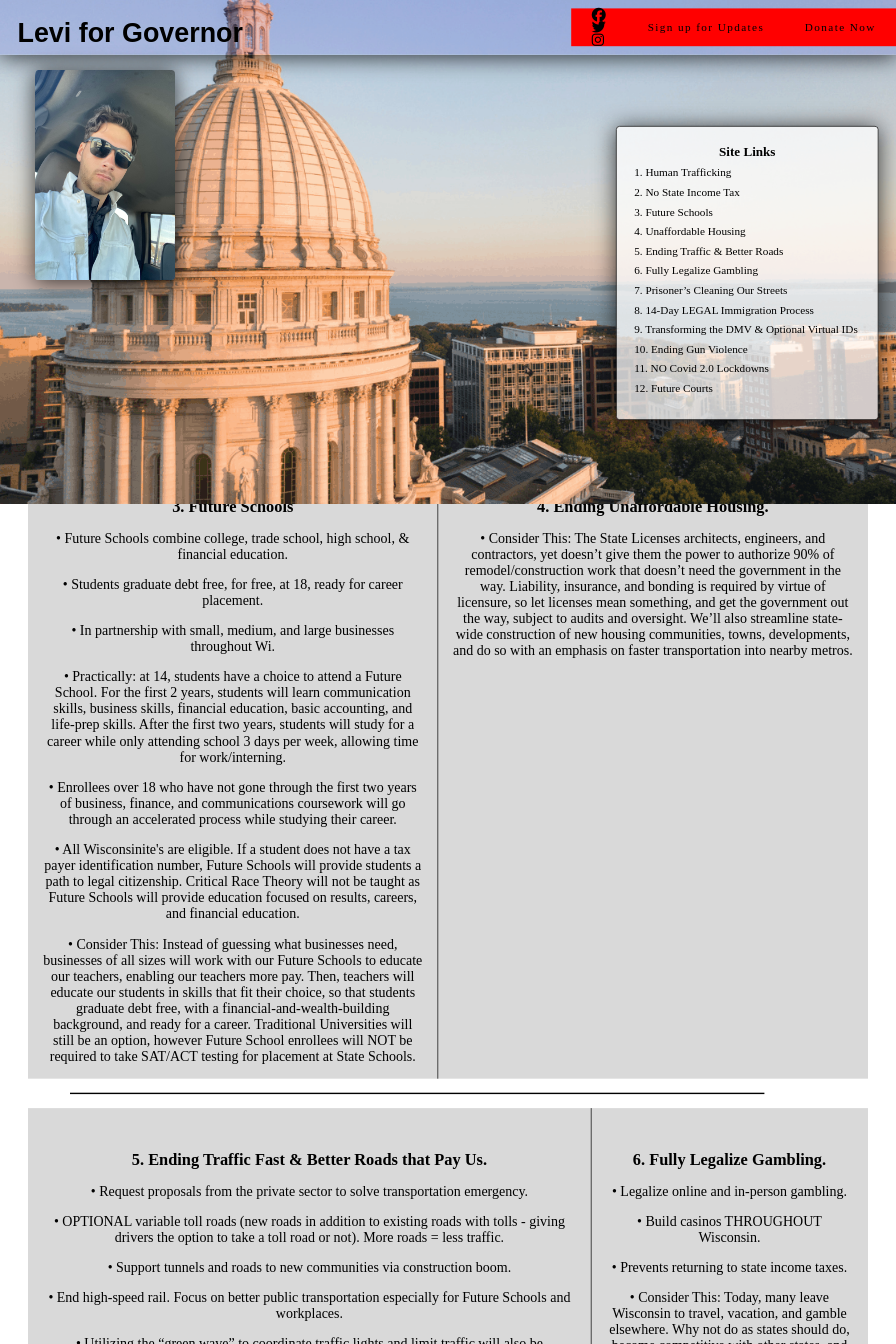
Repository: LeviCB/LeviCB.github.io
Page: index.html
The author's editor kept a record of every edit. The page is drawn from the files as they stood at one moment, then again after the next edit.
The browser window is 1280 px wide. The pictures show the part of the page from y = 0 to 1920 px (the page is 3982 px tall), at 70% of full size.
Some web fonts or font styles are not loaded; a fallback is used. Some web libraries are served in a nearby version.

Above is the page before.
Console error: SyntaxError: Identifier 'head' has already been declared

After the next edit:
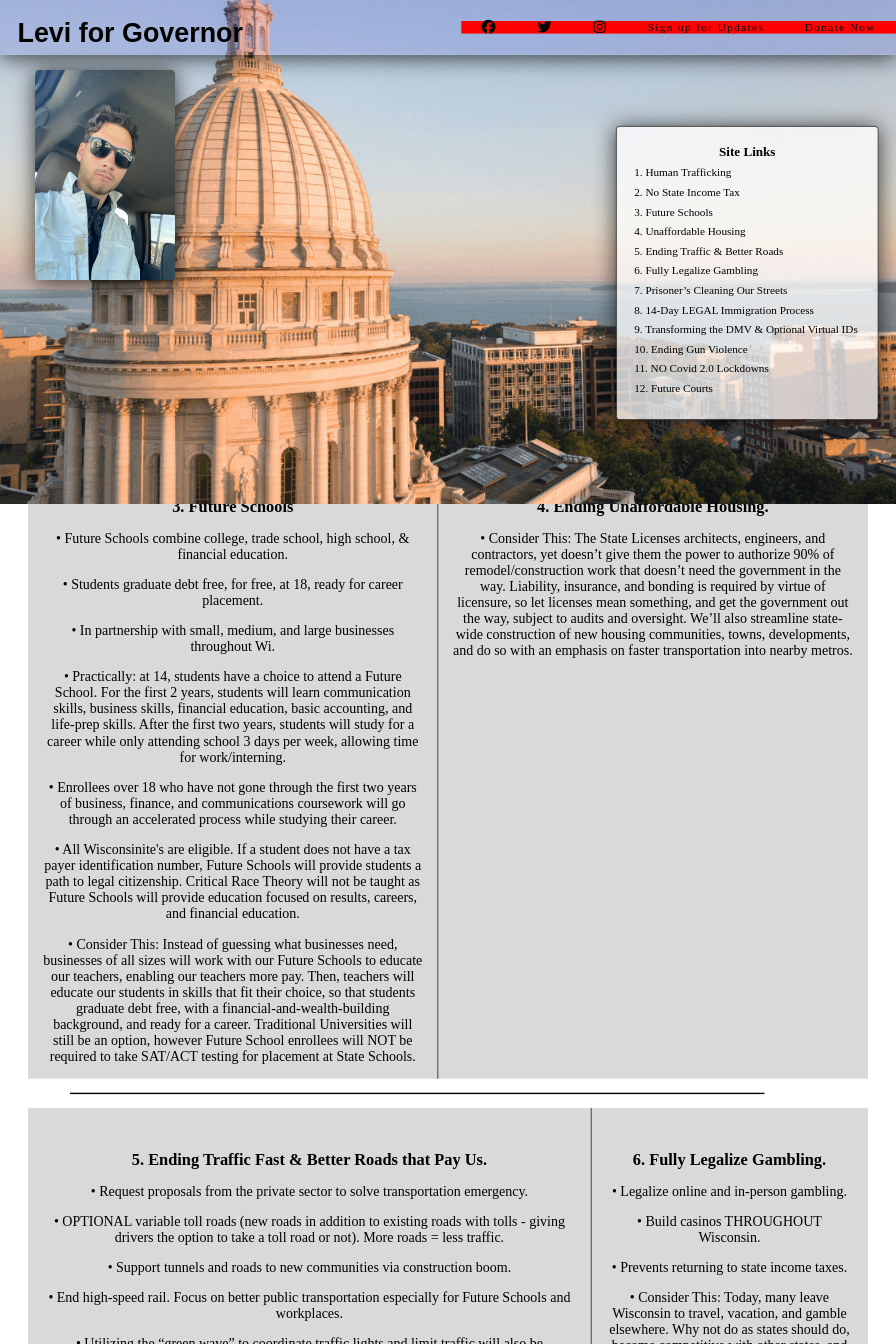
The edit:
--- a/index.html
+++ b/index.html
@@ -20,7 +20,6 @@
   <header id="header">
     <a href="" class="logo"><strong>Levi for Governor</strong></a>
     <ul id="list">
-      <div id="social">
          <li><a href="#"><i class="fab fa-facebook fa-lg"></i></a></li>
          <li><a href="#"><i class="fab fa-twitter fa-lg"></i></a></li>
          <li><a href="#"><i class="fab fa-instagram fa-lg"></i></a></li>
